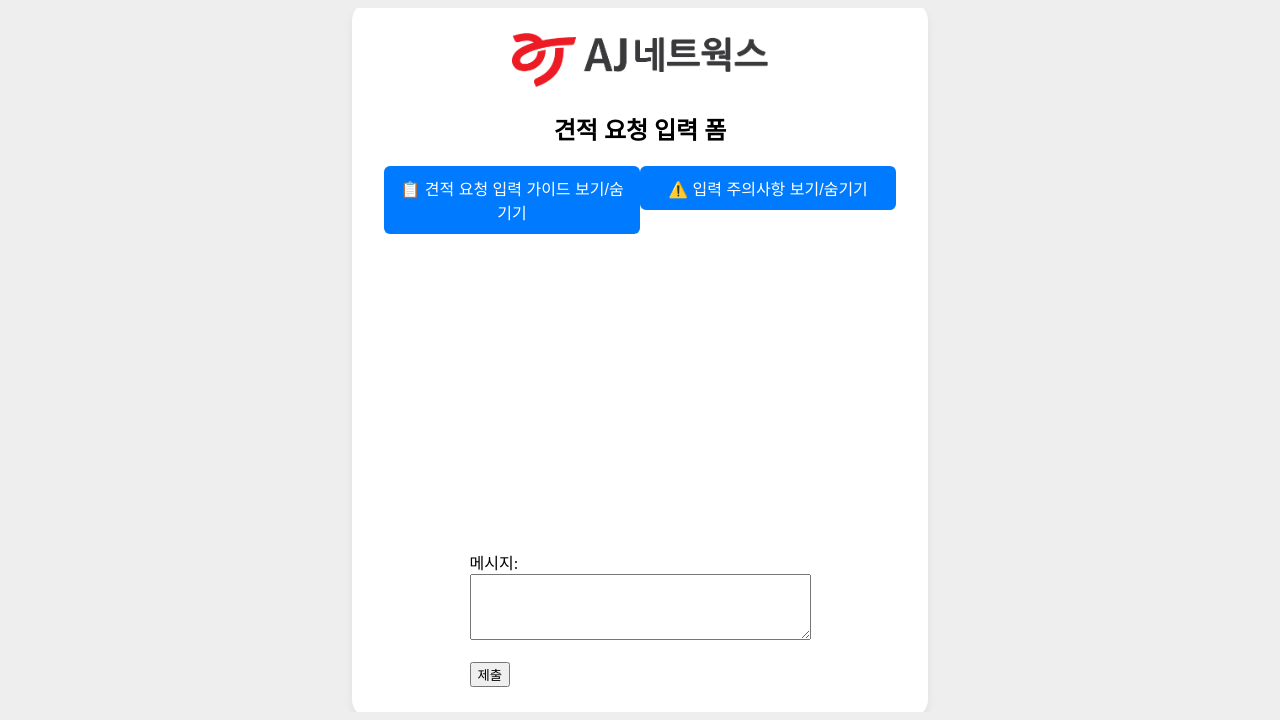
Repository: deul428/logis_test
Page: index.html
The author's editor kept a copy of each file at every save. The page is drawn from the files as they stood at one save, then again after the next save.
The browser window is 1280 px wide. The pictures show the whole page.
An inner scrolling area shows only its first screen.

Above is the page before, as saved 2025-09-16 17:41:13.

### index.html
<!DOCTYPE html>
<!--
📋 견적 요청 입력 가이드
업체명: [회사명]
지역: [납품지역]
요청사항: [납기, 샘플 등 요청사항]1
1. 상품: / 규격: / 사용량: [월 예상 사용량] / 사용금액: [월 예상 사용금액] / 인쇄: [O/X]
2. 상품: / 규격: / 사용량: [월 예상 사용량] / 사용금액: [월 예상 사용금액] / 인쇄: [O/X]
3. 상품: / 규격: / 사용량: [월 예상 사용량] / 사용금액: [월 예상 사용금액] / 인쇄: [O/X]
⚠️ 입력 주의사항
1. 번호 표기 필수
　- 상품/규격별 정보는 반드시 1., 2., 3. 번호를 붙여 구분합니다.
2. 상품명 표기
　- 동일 상품 + 여러 규격 → 상품:은 한 번만 쓰고, 아래에 규격을 나열해도 가능
　- 서로 다른 상품 → 각 번호마다 반드시 개별 상품:을 함께 작성
3. 필수/선택 항목
　- 업체명, 지역, 상품은 필수
　- 규격, 사용량, 사용금액, 인쇄, 요청사항 등은 선택 (없는 값은 생략 가능) -->
<html lang="ko">
  <head>
    <meta charset="UTF-8" />
    <title>견적 요청 입력 폼</title>
    <link rel="stylesheet" href="./styles/common.css" />
  </head>
  <body>
    <div class="wrap">
      <div class="cntnt_box">
        <div id="header">
          <img class="ci" src="./src/aj_ci.png" />
          <h2>견적 요청 입력 폼</h2>
        </div>
        <div id="desc_area">
          <div>
            <button class="toggle" onclick="toggleGuide('guideBox_01')">
              📋 견적 요청 입력 가이드 보기/숨기기
            </button>
            <div id="guideBox_01" class="desc_box">
              <div id="guide_01" class="desc">
                <p>📋 견적 요청 입력 가이드</p>
                <p>
                  업체명: [회사명]<br />
                  지역: [납품지역]<br />
                  요청사항: [납기, 샘플 등 요청사항]
                </p>

                <p>
                  1. 상품: / 규격: / 사용량: [월 예상 사용량] / 사용금액: [월
                  예상 사용금액] / 인쇄: [O/X]<br />
                  2. 상품: / 규격: / 사용량: [월 예상 사용량] / 사용금액: [월
                  예상 사용금액] / 인쇄: [O/X]<br />
                  3. 상품: / 규격: / 사용량: [월 예상 사용량] / 사용금액: [월
                  예상 사용금액] / 인쇄: [O/X]
                </p>
              </div>
            </div>
          </div>
          <div>
            <button class="toggle" onclick="toggleGuide('guideBox_02')">
              ⚠️ 입력 주의사항 보기/숨기기
            </button>
            <div id="guideBox_02" class="desc_box">
              <div id="guide_02" class="desc">
                <p>⚠️ 입력 주의사항</p>
                <p>
                  1. 번호 표기 필수<br />
                  - 상품/규격별 정보는 반드시 1., 2., 3. 번호를 붙여
                  구분합니다.<br />
                  2. 상품명 표기<br />
                  - 동일 상품 + 여러 규격 → 상품:은 한 번만 쓰고, 아래에 규격을
                  나열해도 가능<br />
                  - 서로 다른 상품 → 각 번호마다 반드시 개별 상품:을 함께
                  작성<br />
                  3. 필수/선택 항목<br />
                  - 업체명, 지역, 상품은 필수<br />
                  - 규격, 사용량, 사용금액, 인쇄, 요청사항 등은 선택 (없는 값은
                  생략 가능)
                </p>
              </div>
            </div>
          </div>
        </div>
        <form
          action="https://script.google.com/macros/s/AKfycbwvnTOYbOr6LT2mzblHA0HMxfJFboeq3WsBVHAYUvir3JEZxm_Qbn3yYHUbS3F-L1Fz/exec"
          method="post"
        >
          <label>메시지:</label><br />
          <textarea name="message" rows="4" cols="40"></textarea><br /><br />
          <button type="submit">제출</button>
        </form>
      </div>
    </div>
  </body>
  <script>
    function toggleGuide(e) {
      const guideBox = document.getElementById(e);
      guideBox.classList.toggle("open");
    }
  </script>
</html>

### styles/common.css
html,
body {
  width: 100dvw;
  height: 100dvh;
  overflow: hidden;
  background: #eee;
  display: flex;
  justify-content: center;
  align-items: center;
  flex-direction: column;
}
.wrap {
  width: 40%;
  /* height: 60%; */
  padding: 2rem;
  background: white;
  border-radius: 20px;
  box-shadow: 0 5px 10px 0 rgba(0, 0, 0, 0.064);
}
.cntnt_box {
  width: 100%;
  height: 100%;
  display: flex;
  justify-content: flex-start;
  align-items: center;
  flex-direction: column;
}
#header {
  text-align: center;
  width: 20dvw;
}
.ci {
  width: 100%;
}

#desc_area {
  width: 100%;
  height: 50dvh;
  overflow-y: auto;
  margin-bottom: 24px;
  display: flex;
  flex-direction: row;
}
#desc_area > div {
  width: 50%;
}
#desc_area > div .toggle {
  width: 100%;
  z-index: 999;
  display: inline-block;
  padding: 10px 16px;
  font-size: 16px;
  background: #007bff;
  color: #fff;
  border: none;
  border-radius: 6px;
  cursor: pointer;
  transition: background 0.3s linear;
}
#desc_area .toggle:hover {
  background: #0056b3;
}

#desc_area .desc_box {
  display: flex;
  flex-direction: column;
  max-height: 0;
  opacity: 0;
  transition: max-height 0.3s linear; /* , opacity 0.3s linear; */
  background: #f9f9f9;
  border: 1px solid #ddd;
  border-radius: 6px;
  margin-top: 10px;
  padding: 1rem;
}

#desc_area .desc_box.open {
  max-height: 500px; /* 충분히 큰 값 */
  opacity: 1;
}

form {
}

After the next save:
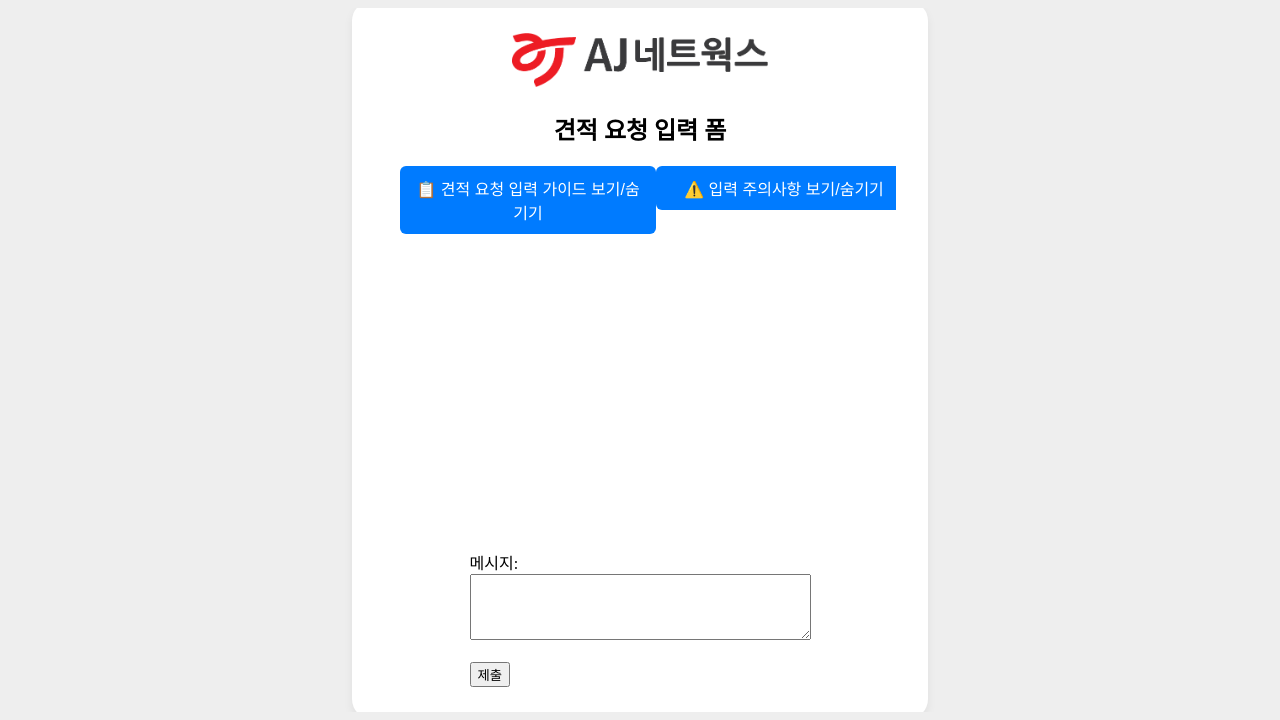
Saved 18 s later.
--- a/styles/common.css
+++ b/styles/common.css
@@ -46,6 +46,7 @@
 }
 #desc_area > div .toggle {
   width: 100%;
+  margin-inline-start: 1rem;
   z-index: 999;
   display: inline-block;
   padding: 10px 16px;
